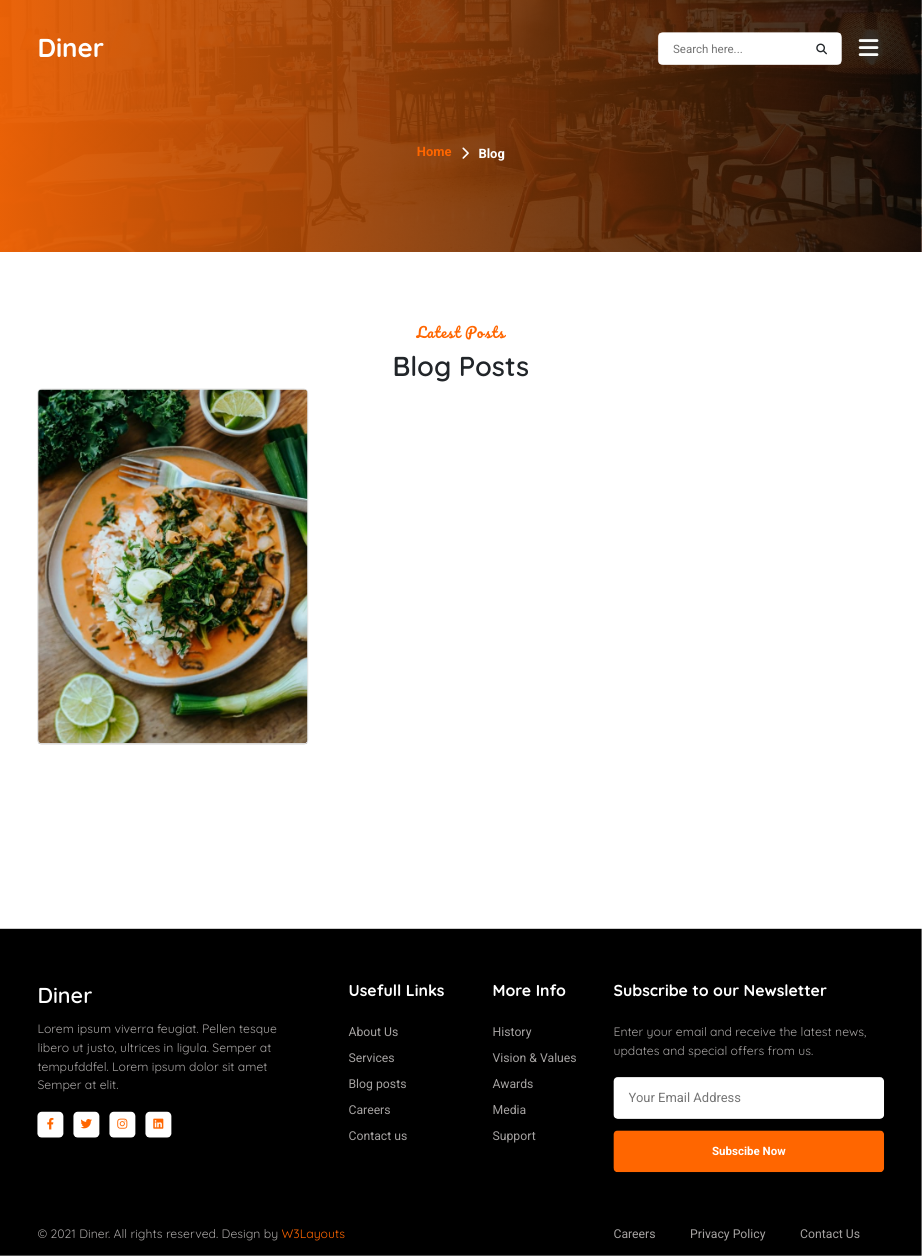
Repository: minhtrivu6199/Diner
Page: blog.html
These files come from the project's save history. The page is drawn as it stood at one moment and after the next save; the edit follows.
The browser window is 1280 px wide. The pictures show the whole page, at 72% of full size.
Backgrounds fixed to the window are drawn as part of the page. The style sheet was rebuilt from its Sass, Less or Tailwind sources for each picture, by a compiler version that may differ from the author's.

Above is the page before, as saved 2022-10-11 23:32:23.

After the next save:
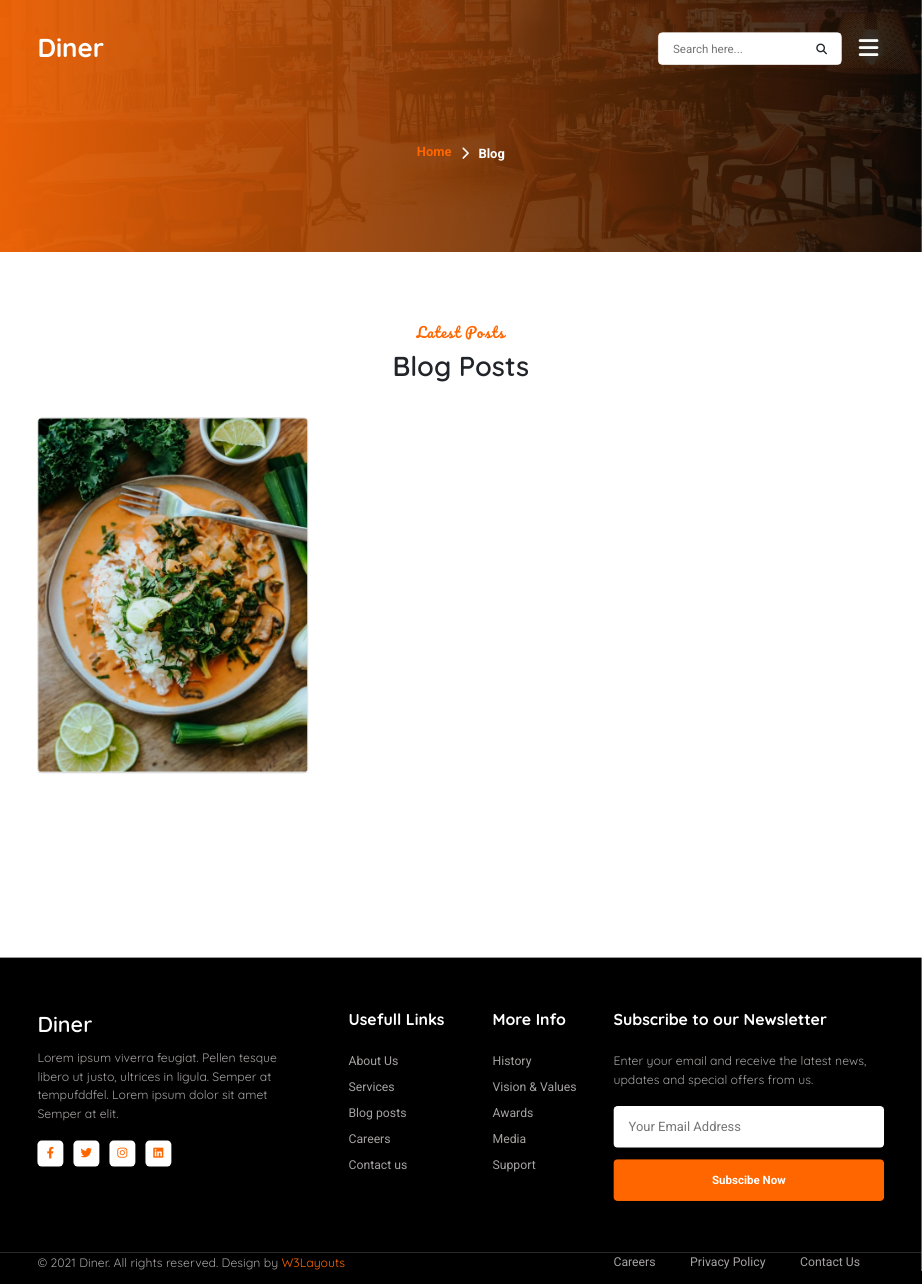
Saved 56 s later.
--- a/blog.html
+++ b/blog.html
@@ -126,7 +126,7 @@
                 <h6 class="subtitle">
                     Latest Posts
                 </h6>
-                <h3 class="title">Blog Posts</h3>
+                <h3 class="title mb-5">Blog Posts</h3>
             </div>
             <div class="row">
                 <div class="col-lg-8 blog-left">
